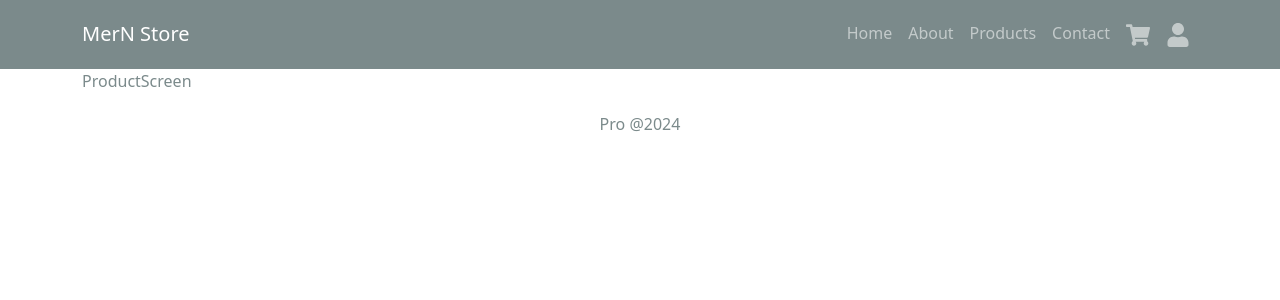
Repository: Attar786/MernStore
Page: /product/1 (app in client/)
The author's editor kept a copy of each file at every save. The page is drawn from the files as they stood at one save, then again after the next save.
The browser window is 1280 px wide. The pictures show the whole page.
The project was rebuilt for these pictures with package versions that can differ from the ones it lists, and the page was loaded fresh each time. Also part of the build but not shown: client/vite.config.js, client/src/App.css, client/src/assets/styles/index.css, client/components/Product.jsx, client/screen/HomeScreen.jsx.

Above is the page before, as saved 2024-07-11 16:05:26.

After the next save:
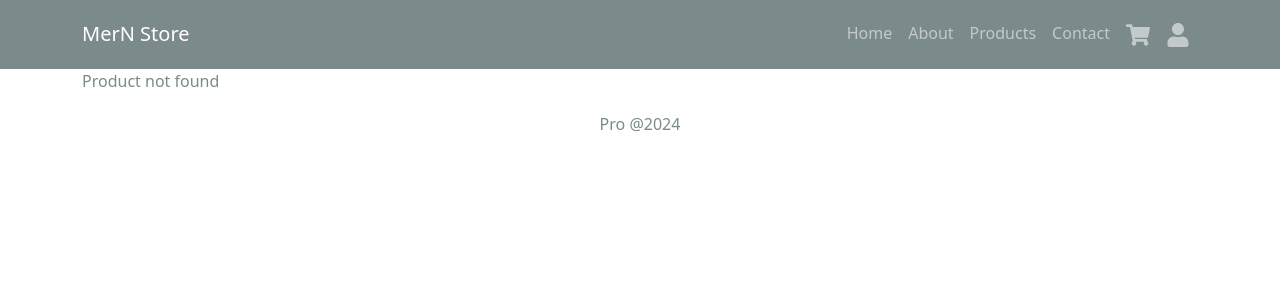
Saved 2 min 32 s later.
--- a/client/screen/ProductScreen.jsx
+++ b/client/screen/ProductScreen.jsx
@@ -1,13 +1,23 @@
-import { useParams } from "react-router-dom"
-import { products } from "../src/products"
+import React from 'react';
+import { useParams } from 'react-router-dom';
+import { products } from '../src/products';
+
 const ProductScreen = () => {
-    const { id: productId } = useParams();
-    const product  =  products.find((p)=> p.id === productId);
-    console.log(product);
+  const { id: productId } = useParams();
+  const product = products.find((p) => p.id === productId);
 
-    return (
-    <div>ProductScreen</div>
-  )
-}
+  if (!product) {
+    return <div>Product not found</div>;
+  }
 
-export default ProductScreen
+  return (
+    <div>
+      <h1>{product.name}</h1>
+      <img src={product.image} alt={product.name} />
+      <p>{product.description}</p>
+      <h3>{product.price}</h3>
+    </div>
+  );
+};
+
+export default ProductScreen;
